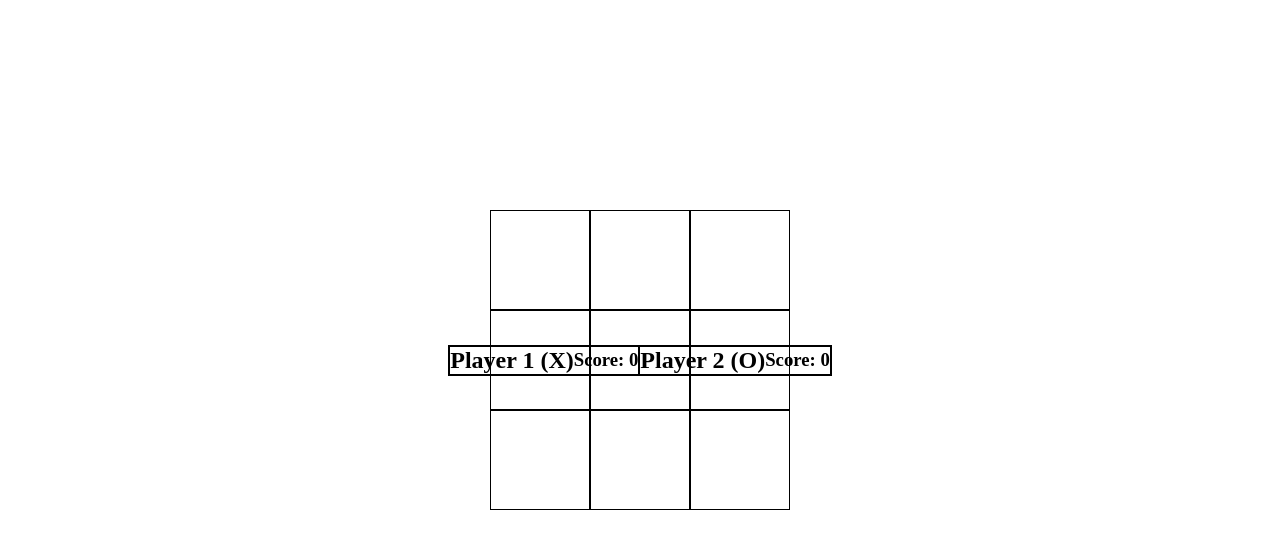
Repository: Dimitris2031/Tic-Tac-Toe
Page: main.html
An editor plug-in stored every save of this project. The page is shown before and after the next save, followed by the edit.
The browser window is 1280 px wide. The pictures show the whole page.

Above is the page before, as saved 2025-09-05 23:45:12.

### main.html
<!DOCTYPE html>
    <head>
        <title>Rock Paper Sciscor Project</title>
        <link rel="stylesheet" href="main.css">
    </head>
    <body>
        <div class="scoreboard">
            <div class="player1">
                <h2>Player 1 (X)</h2>
                <h3 id="player1score">Score: 0</h3>
            </div>
            <div class="player2">
                <h2>Player 2 (O)</h2>
                <h3 id="player2score">Score: 0</h3>
            </div>
        </div>
        <main class="main">
            <div></div>
            <div></div>
            <div></div>
            <div></div>
            <div></div>
            <div></div>
            <div></div>
            <div></div>
            <div></div>
        </main>
        <script src="main.js"></script>
    </body>

</html>

### main.css
*{
    margin: 0;
    padding: 0;
    box-sizing: border-box;
}
body{
    display: flex;
    align-items: center;
    justify-content: center;
    min-height: 100vh;
}

main{
    display: grid;
    width: 300px;
    height: 300px;
    grid-template-columns: repeat(3,1fr);
    grid-template-rows: repeat(3,1fr);

}

div{
    border: 1px solid black;
    display: flex;
    align-items: center;
    justify-content: center;
}

.scoreboard{
    position: absolute;
}

### main.js

const Gameboard = (() => {
    const GameboardArray = new Array(9).fill(null);
    const winningConditions = [
        [0, 1, 2],
        [3, 4, 5],
        [6, 7, 8],

        [0, 3, 6],
        [1, 4, 7],
        [2, 5, 8],

        [0, 4, 8],
        [2, 4, 6]
    ];
    function updateBoard(index, marker){
        GameboardArray[index] = marker;
        document.getElementById(index).textContent = marker;
    }
    return {
        updateBoard,
        winningConditions,
        GameboardArray};
    })();


const GameReferee = (() => {
    let currIndex = 1;
    let player1 = playerFactory('player1','X',0);
    let player2 = playerFactory('player2','O',0);
    const players = [player1,player2];
    function checkPlayerTurn(){
        currIndex = 1 - currIndex;
        players[currIndex];
        return players[currIndex];
    }

    function checkWin(){
        for (let condition of Gameboard.winningConditions){
            const [a,b,c] = condition;
            if (Gameboard.GameboardArray[a] && Gameboard.GameboardArray[a] === Gameboard.GameboardArray[b] && Gameboard.GameboardArray[a] === Gameboard.GameboardArray[c]){
                if (Gameboard.GameboardArray[a] === 'X'){
                    alert(`${Gameboard.GameboardArray[a]} wins!`);
                    player1.score += 1;
                    return true;
                }else{
                    alert(`${Gameboard.GameboardArray[a]} wins!`);
                    player2.score += 1;
                    return true;
                }
            }
        }
    }
    function resetGame(){
        Gameboard.GameboardArray.fill(null);
        document.querySelectorAll('div').forEach((div) => {
            div.textContent = '';
        });
        currIndex = 1;
    }

    return {
        checkWin,
        checkPlayerTurn,
        resetGame
    };
})();

function playerFactory(name,marker,score){
    return{
        name: name,
        marker: marker,
        score: score

    }
}


document.querySelectorAll('div').forEach((div,i) => {
    div.id = i;
    div.addEventListener('click', async () => {
        if (Gameboard.GameboardArray[div.id] == null){
            Gameboard.updateBoard(div.id, GameReferee.checkPlayerTurn().marker);
            if (GameReferee.checkWin()){
                GameReferee.resetGame();
            }else if (!Gameboard.GameboardArray.includes(null)){
                alert("It's a tie!");
                GameReferee.resetGame();
            }
        }
    });
});

After the next save:
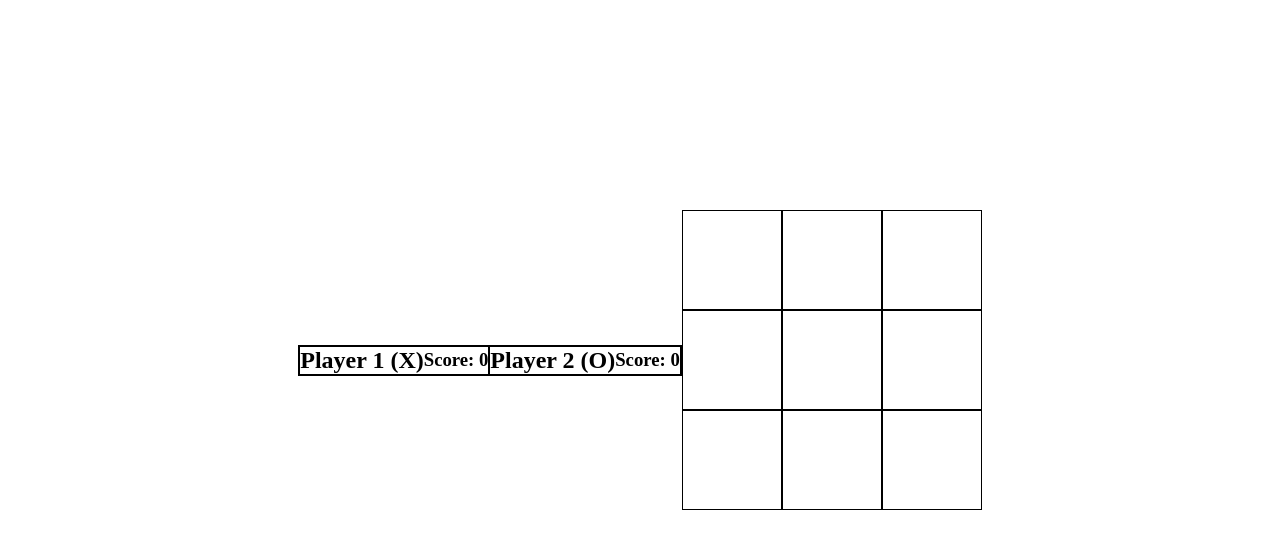
Saved 5 s later.
--- a/main.css
+++ b/main.css
@@ -25,7 +25,3 @@ div{
     align-items: center;
     justify-content: center;
 }
-
-.scoreboard{
-    position: absolute;
-}

After the save that followed:
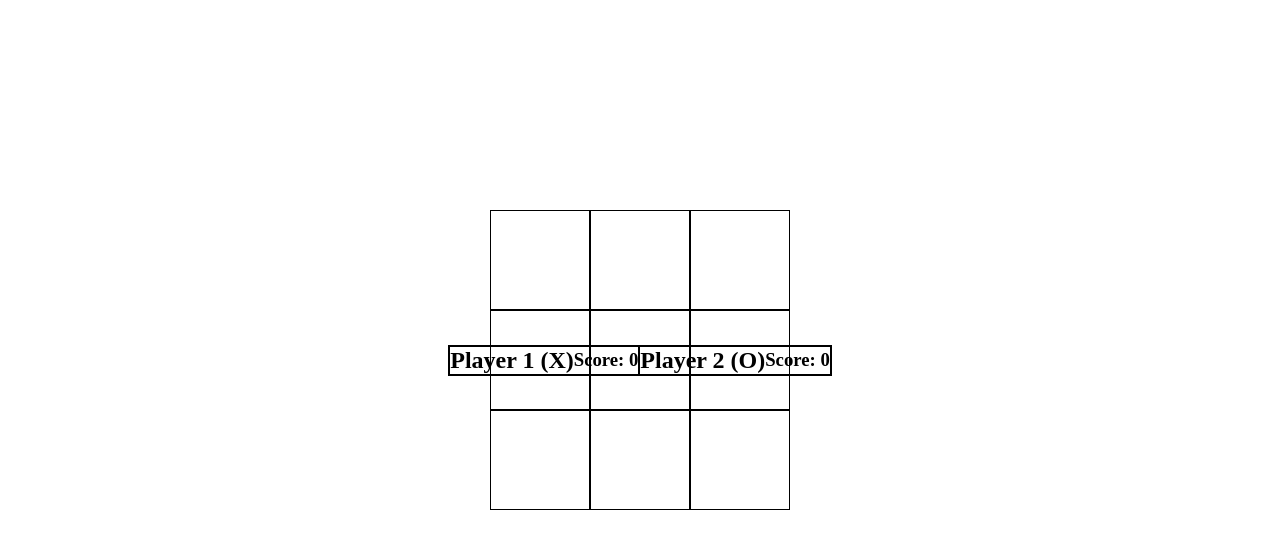
Saved 4 s later.
--- a/main.css
+++ b/main.css
@@ -25,3 +25,7 @@ div{
     align-items: center;
     justify-content: center;
 }
+
+.scoreboard{
+    position: absolute;
+}
